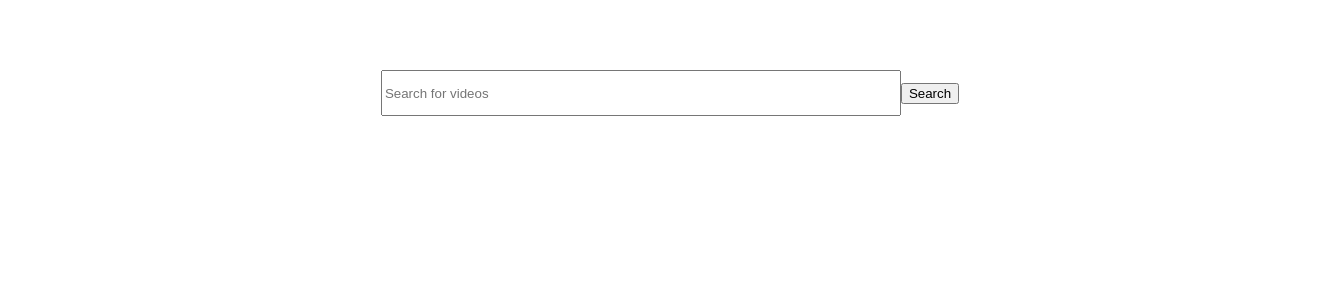
Repository: TeoVti/YouTube-Api-ReactJs
Page: /
The author's editor kept a copy of each file at every save. The page is drawn from the files as they stood at one save, then again after the next save.
The browser window is 1280 px wide. The page is 1340 px wide, so the pictures cover 1340 px, including what lies to the right of the window. The pictures show the whole page.
The page's requests for data from a server got no answer. The project was rebuilt for these pictures with package versions that can differ from the ones it lists, and the page was loaded fresh each time. No one was signed in, and anything a server would have sent is missing. Also part of the build but not shown: src/components/style/video.css, src/components/VideoItem.js.

Above is the page before, as saved 2020-02-19 17:07:49.

After the next save:
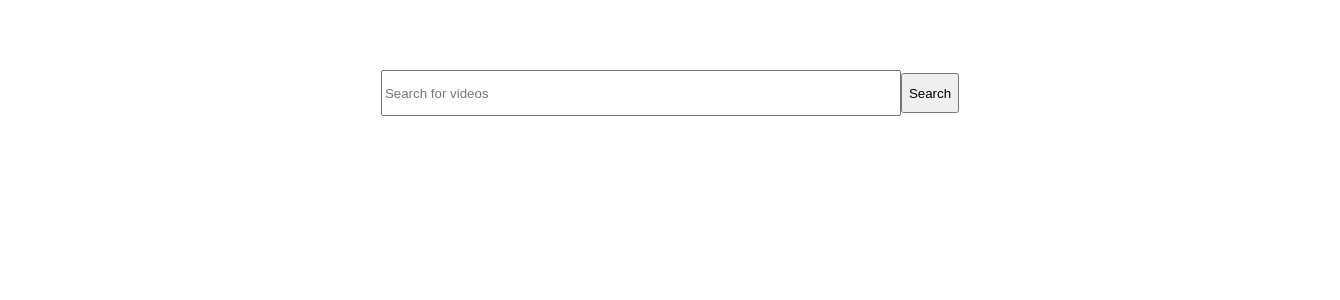
Saved 43 s later.
--- a/src/components/sch.css
+++ b/src/components/sch.css
@@ -11,3 +11,7 @@
 	width: 40%;
 	height: 40px;
 }
+
+.bttn {
+	height: 40px;
+}
